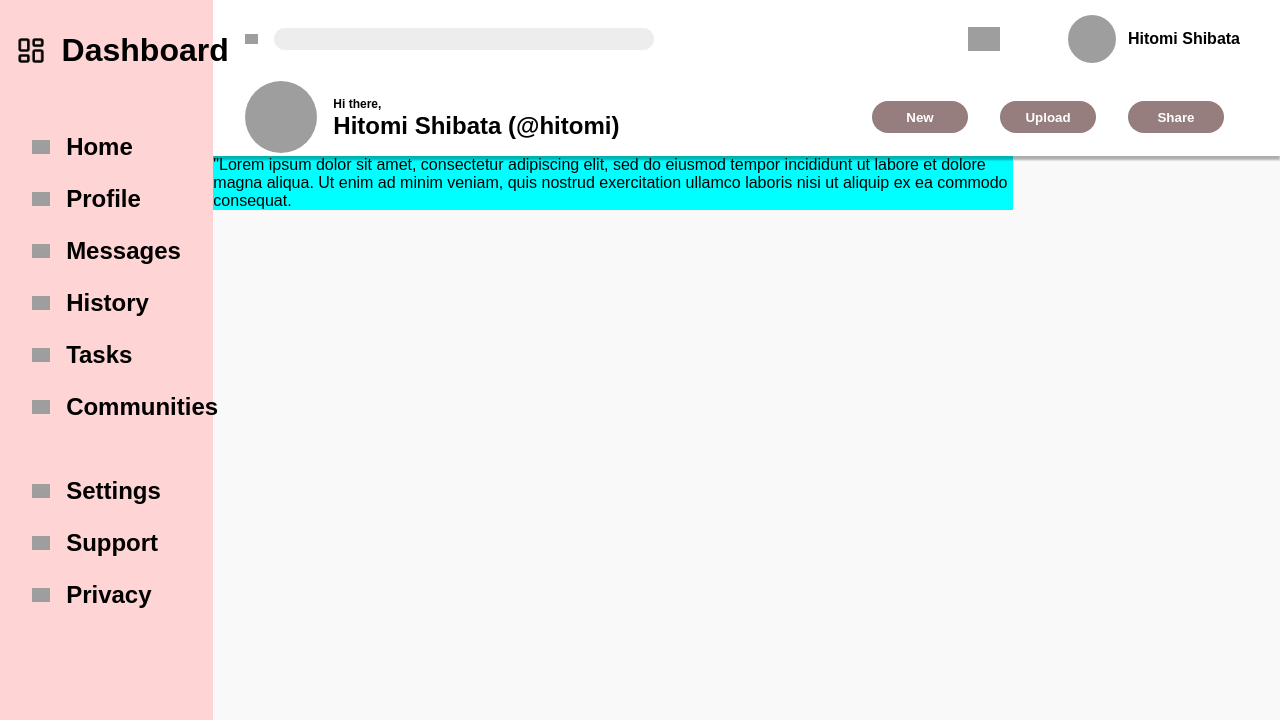
Repository: yeetzpxoci/dashboard
Page: index.html
These files come from the project's save history. The page is drawn as it stood at one moment and after the next save; the edit follows.
The browser window is 1280 px wide. The pictures show the whole page.
Pictures or frames that could not be fetched are drawn as grey boxes.

Above is the page before, as saved 2023-02-18 17:27:27.

### index.html
<!DOCTYPE html>
<html lang="en">
<head>
    <meta charset="UTF-8">
    <meta http-equiv="X-UA-Compatible" content="IE=edge">
    <meta name="viewport" content="width=device-width, initial-scale=1.0">
    <link rel="stylesheet" type="text/css" href="styles.css" />
    <title>Dashboard</title>
</head>
<body>
    <div class="sidebar">
        <div class="logo">
            <img src="dashboard-layout.png">
            <p>Dashboard</p>
        </div>

        <div class="icon-container1">
            <div class="icon">
                <img src="https://cdn-icons-png.flaticon.com/512/25/25694.png">
                <p>Home</p>
            </div>

            <div class="icon">
                <img src="https://cdn-icons-png.flaticon.com/512/6522/6522516.png">
                <p>Profile</p>
            </div>

            <div class="icon">
                <img src="https://cdn-icons-png.flaticon.com/512/739/739286.png">
                <p>Messages</p>
            </div>

            <div class="icon">
                <img src="https://cdn-icons-png.flaticon.com/512/32/32223.png">
                <p>History</p>
            </div>

            <div class="icon">
                <img src="https://www.svgrepo.com/show/79174/task-list.svg">
                <p>Tasks</p>
            </div>

            <div class="icon">
                <img src="https://icons.veryicon.com/png/o/business/classic-icon/community-12.png">
                <p>Communities</p>
            </div>
        </div>

        <div class="icon-container2">
            <div class="icon">
                <img src="https://cdn-icons-png.flaticon.com/512/126/126472.png">
                <p>Settings</p>
            </div>

            <div class="icon">
                <img src="https://upload.wikimedia.org/wikipedia/commons/thumb/1/17/FAQ_icon_%28Noun_like%29.svg/1255px-FAQ_icon_%28Noun_like%29.svg.png">
                <p>Support</p>
            </div>

            <div class="icon">
                <img src="https://cdn-icons-png.flaticon.com/512/4104/4104794.png">
                <p>Privacy</p>
            </div>
        </div>
    </div>

    <div class="header">
        <div class="search">
            <img src="https://cdn-icons-png.flaticon.com/512/3917/3917754.png">
            <input class="search-bar">
        </div>

        <img class="notification_icon" src="https://cdn-icons-png.flaticon.com/512/565/565422.png">

        <div class="profile-pic">
        </div>

        <p>Hitomi Shibata</p>

        <div class="user-info">
            <div class="profile-pic">
            </div>
            <p id="losinfo">
                <span style="font-size:12px;">Hi there,</span>
                <br>
                <span style="font-size:24px;">Hitomi Shibata (@hitomi)</span>
            </p>
        </div>
        <button>New</button>
        <button>Upload</button>
        <button>Share</button>
    </div>

    <div class="main-content">
        <div class="projects">
            <div class="project">
                "Lorem ipsum dolor sit amet, consectetur adipiscing elit, sed do eiusmod tempor incididunt ut labore et dolore magna
                aliqua. Ut enim ad minim veniam, quis nostrud exercitation ullamco laboris nisi ut aliquip ex ea commodo consequat.
            </div>

            <div class="project">

            </div>

            <div class="project">

            </div>

            <div class="project">

            </div>

            <div class="project">

            </div>

            <div class="project">

            </div>
        </div>
    </div>
</body>
</html>

### styles.css
html,
body {
    margin: 0;
    padding: 0;
    height: 100%;
}

body {
    min-height: 100vh;
    display: grid;
    grid-template-columns: 1fr 5fr;
    grid-template-rows: 1fr 4fr;
    font-family: Arial, Helvetica, sans-serif;
}

.sidebar {
    background-color: #FFD4D4;
    grid-column: 1 / 2;
    grid-row: 1 / 3;
    display: grid;
    grid-template-rows: 0.75fr 2fr 1fr 2fr;
    padding-left: 16px;
    gap: 32px;
    z-index: 2;
}

.icon-container1 {
    display: flex;
    flex-direction: column;
}

.icon-container2 {
    display: flex;
    flex-direction: column;
}

.logo, .icon {
    display: flex;
    align-items: center;
    font-weight: bold;
    gap: 16px;
}

.logo {
    font-size: 32px;
    align-self: baseline;
}

.icon {
    margin-top: -24px;
    font-size: 24px;
    margin-left: 16px;
}

.logo img {
    width: 15%;
}

.icon img {
    width: 10%;
}


.header {
    background-color: white;
    grid-column: 2 / 3;
    grid-row: 1 / 2;
    display: grid;
    grid-template-columns: 13fr 1fr 1fr 2fr;
    grid-template-rows: 1fr 1fr;
    padding-right: 24px;
    box-shadow: 0px 4px 2px rgb(0, 0, 0, 0.3);
    z-index: 1;
}

.search {
    display: flex;
    justify-content: flex-start;
    align-items: center;
    gap: 16px;
    margin-left: 32px;
}

.search img{
    width: 2%;
}

.search input {
    width: 60%;
    border-radius: 12px;
    border-width: 0px;
    background-color: #eeeded;
    height: 25%;
}

.notification_icon {
    width: 25%;
    align-self: center;
    justify-self: end;
}

.profile-pic {
    border-radius: 50%;
    background-image: url("https://i.pinimg.com/originals/49/c0/e8/49c0e871fbe0be71396aa94fe1d93ddc.jpg");
    background-position: center;
    background-size: cover;
    background-repeat: no-repeat;
    overflow: hidden;
}

.header > .profile-pic {
    width: 48px;
    height: 48px;
    align-self: center;
    justify-self: end;
    margin-right: 12px;
}

.user-info {
    display: flex;
    gap: 16px;
}

.user-info > .profile-pic {
    width: 72px;
    height: 72px;
    margin-left: 32px;
    align-self: center;
}

.header p {
    align-self: center;
    font-weight: bolder;
    justify-self: baseline;
}

button {
    height: 40%;
    width: 96px;
    align-self: center;
    justify-self: baseline;
    background-color: #977e7e;
    border-radius: 24px;
    border-width: 0px;
    color: white;
    margin-right: 32px;
    font-weight: bold;
}

.main-content {
    background-color: #FAF9F9;
    grid-column: 2 / 3;
    grid-row: 2 / 3;
}

.projects {
    width: 75%;
    background-color: aqua;
}

After the next save:
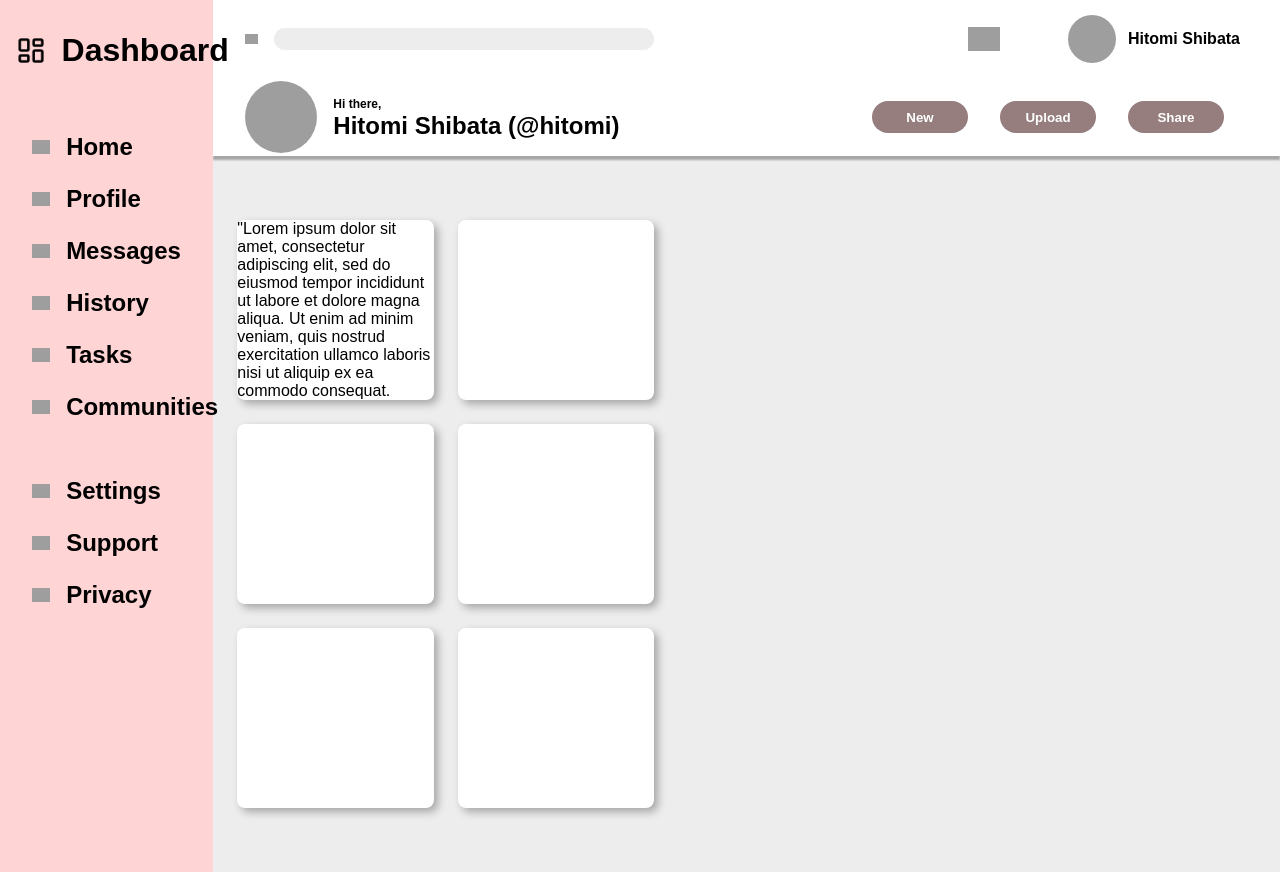
Saved 2 min 33 s later.
--- a/styles.css
+++ b/styles.css
@@ -148,12 +148,31 @@ button {
 }
 
 .main-content {
-    background-color: #FAF9F9;
+    background-color: #eeeded;
     grid-column: 2 / 3;
     grid-row: 2 / 3;
+    padding-left: 24px;
+    padding-top: 64px;
+    padding-bottom: 64px;
+    display: grid;
+    grid-template-columns: 2fr 1fr;
 }
 
 .projects {
-    width: 75%;
-    background-color: aqua;
+    width: 60%;
+    height: 100%;
+    display: grid;
+    grid-template-columns: repeat(2, 1fr);
+    grid-template-rows: repeat(3, 1fr);
+    gap: 24px;
 }
+
+.project {
+    background-color: white;
+    border-radius: 8px;
+    box-shadow: 4px 4px 8px rgb(0, 0, 0, 0.3);
+}
+
+.announcements {
+    display: grid;
+}
